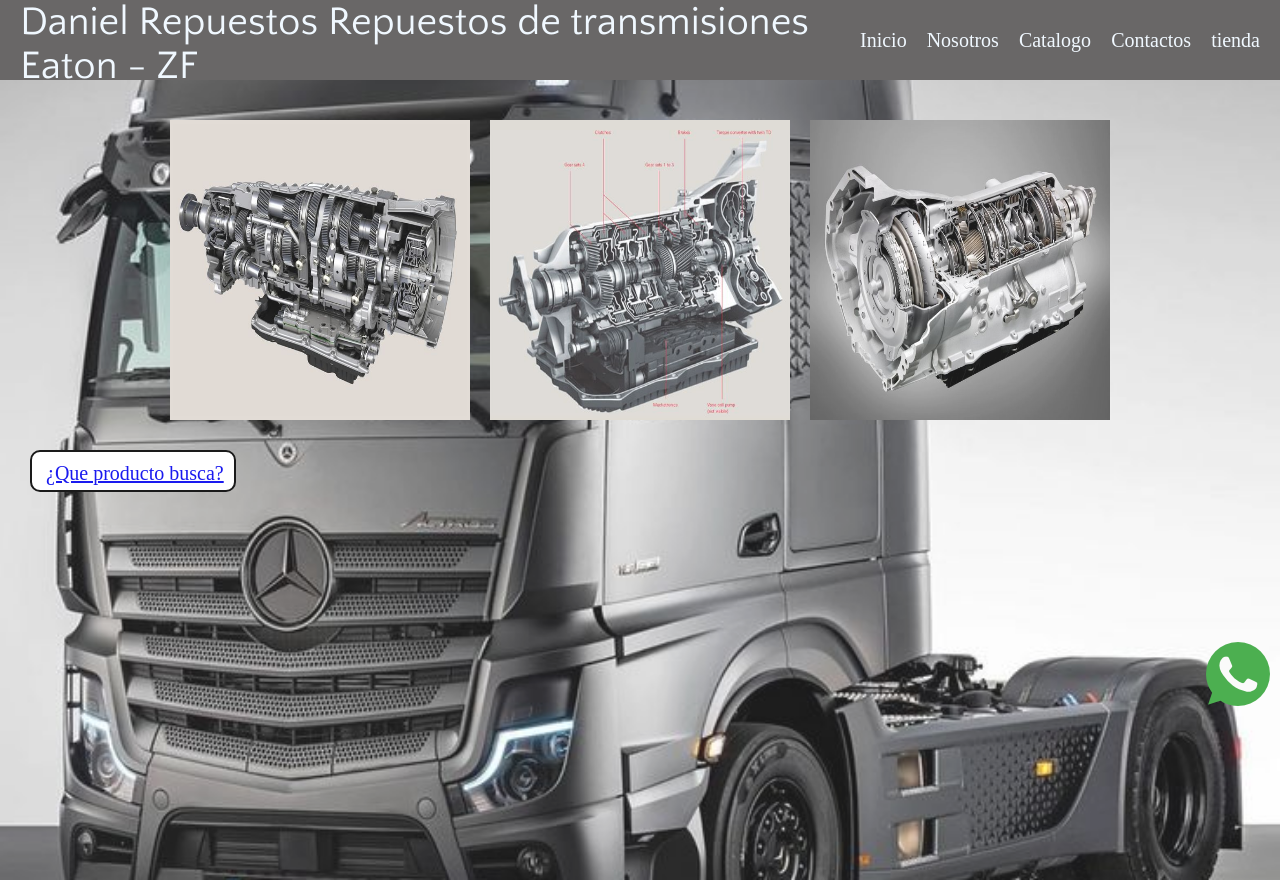
Repository: minesterani/proyecto-caja
Page: pages/tienda.html
An editor plug-in stored every save of this project. The page is shown before and after the next save, followed by the edit.
The browser window is 1280 px wide. The pictures show the whole page.

Above is the page before, as saved 2024-09-30 10:34:25.

After the next save:
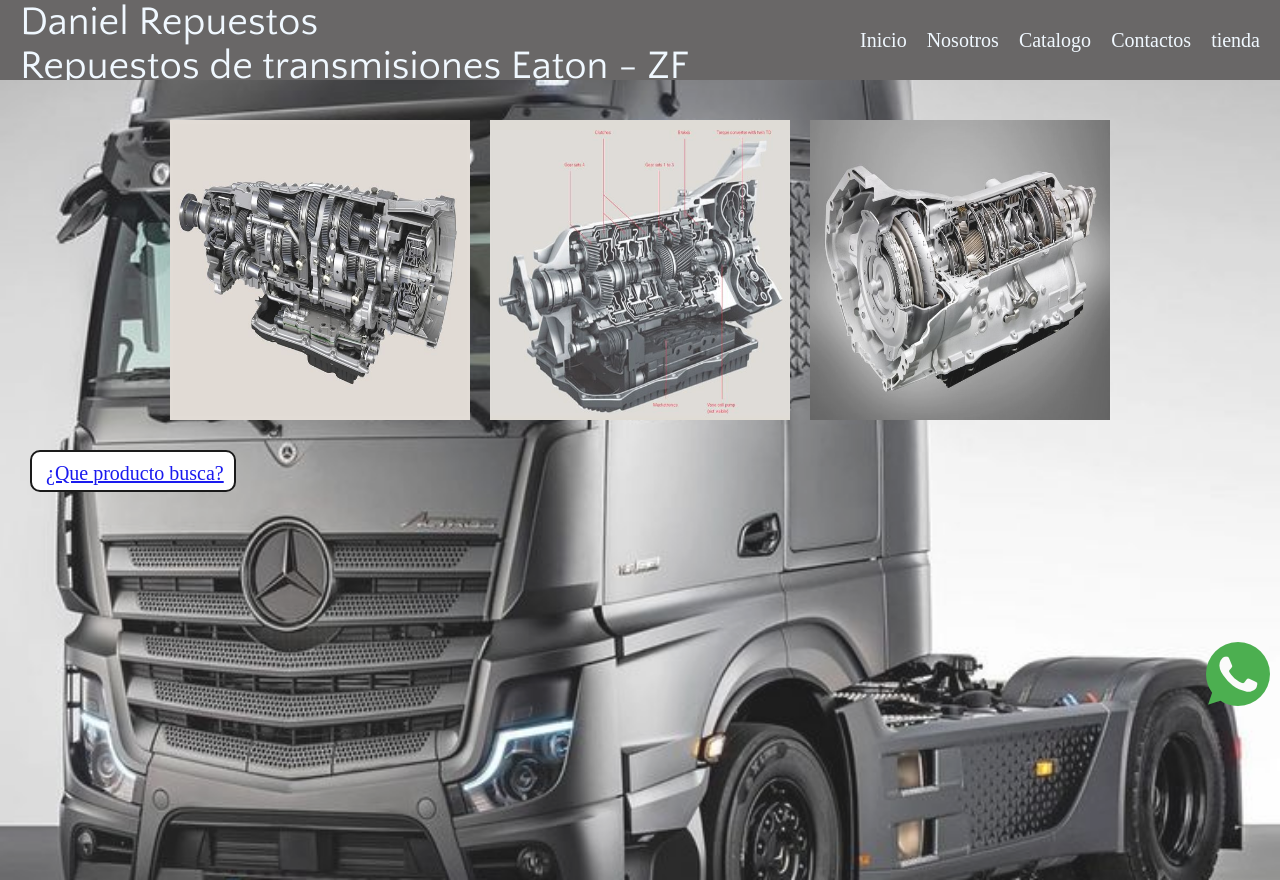
Saved 43 s later.
--- a/pages/tienda.html
+++ b/pages/tienda.html
@@ -12,7 +12,7 @@
 <body>
    <header class="header-tienda">
     <h1>Daniel Repuestos
-    Repuestos de transmisiones Eaton - ZF
+    <p>Repuestos de transmisiones Eaton - ZF</p>
     </h1>
     <nav>
         <ul class="navtienda">
